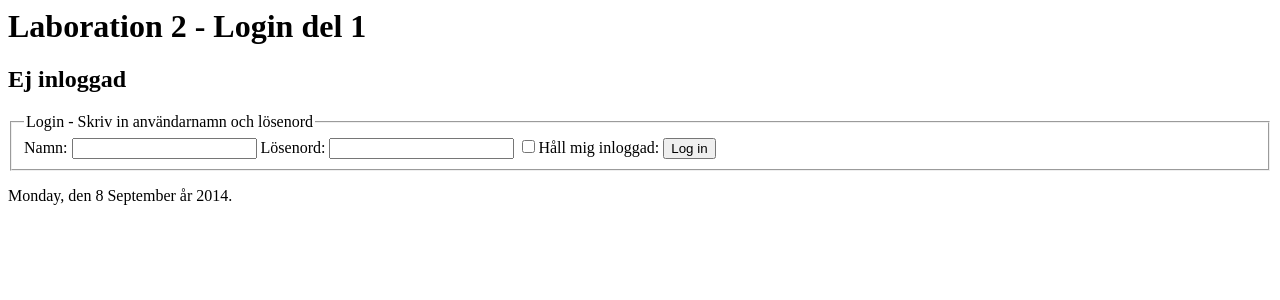
Repository: ed222an/1DV408-Laborationer
Page: http://localhost/
An editor plug-in stored every save of this project. The page is shown before and after the next save, followed by the edit.
The browser window is 1280 px wide. The pictures show the whole page.
The page is run by PHP 8.4 with error messages shown; the project is at /var/www/html/.

Above is the page before, as saved 2014-09-08 12:50:47.

### Labb2/Loginsystem/index.php
<?php
	setlocale(LC_ALL , "swedish");

	// Fixar formatet så att datumet anpassas för olika platformar. Lösning hittade på http://php.net/manual/en/function.strftime.php
	$format = '%e';

	// Kontrollerar ifall windowsformatet används och ersätter %e med en fungerande del.
	if (strtoupper(substr(PHP_OS, 0, 3)) == 'WIN')
	{
    	$format = preg_replace('#(?<!%)((?:%%)*)%e#', '\1%#d', $format);
	}

	echo "<html>
			<head>
				<title>Laboration 2 - Login del 1</title>
				<meta charset='utf-8'>
			</head>
			<body>
				<h1>Laboration 2 - Login del 1</h1>
				<h2>Ej inloggad</h2>
				<form id='loginForm'>
					<fieldset>
						<legend>Login - Skriv in användarnamn och lösenord</legend>
						Namn: <input type='text' name='userName'> Lösenord: <input type='password' name='userPassword'> <input type='checkbox' name='stayLoggedIn'>Håll mig inloggad:
						<button type='submit' form='loginForm' value='Submit'>Log in</button>
					</fieldset>
				</form>
				" . strftime('%A, den ' . $format . ' %B år %Y') . ".
			</body>
		</html>";
	//date('l jS \of F Y h:i:s')
?>

After the next save:
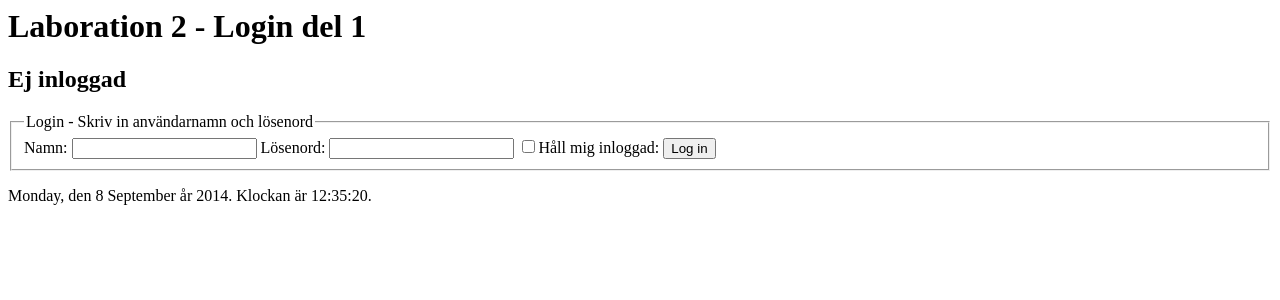
Saved 59 s later.
--- a/Labb2/Loginsystem/index.php
+++ b/Labb2/Loginsystem/index.php
@@ -25,7 +25,7 @@
 						<button type='submit' form='loginForm' value='Submit'>Log in</button>
 					</fieldset>
 				</form>
-				" . strftime('%A, den ' . $format . ' %B år %Y') . ".
+				" . strftime('%A, den ' . $format . ' %B år %Y. Klockan är %T') . ".
 			</body>
 		</html>";
 	//date('l jS \of F Y h:i:s')
